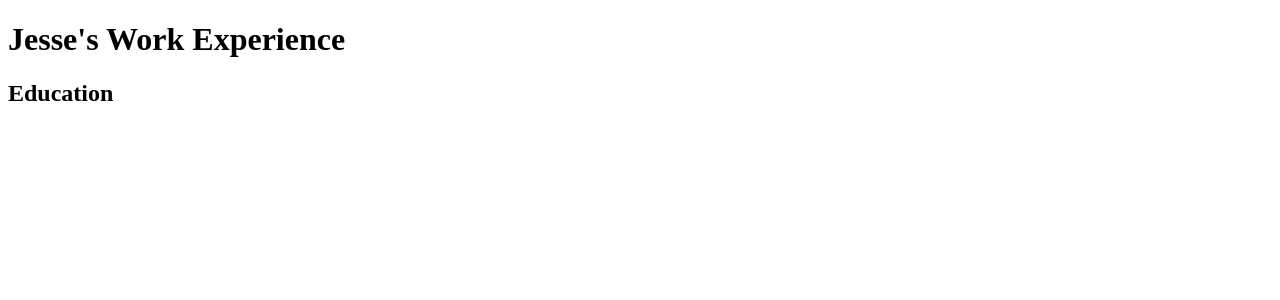
Repository: jgramirez0210/LAB-HTML-Resume
Page: index.html
The author's editor kept a copy of each file at every save. The page is drawn from the files as they stood at one save, then again after the next save.
The browser window is 1280 px wide. The pictures show the whole page.

Above is the page before, as saved 2023-10-09 21:10:10.

After the next save:
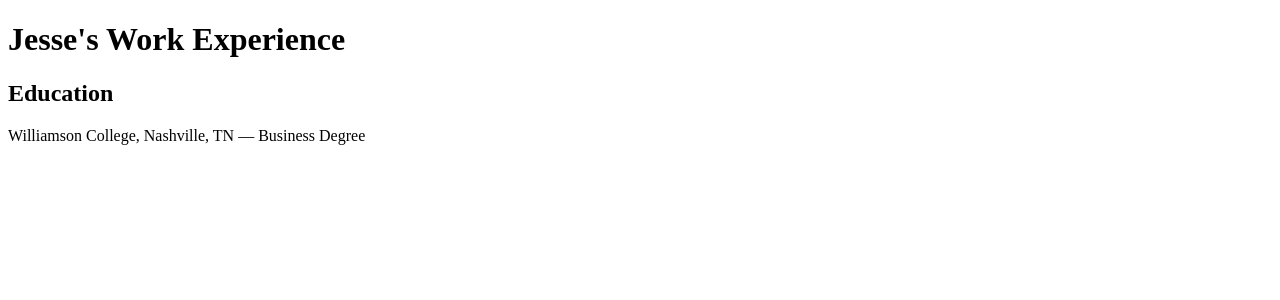
Saved 9 s later.
--- a/index.html
+++ b/index.html
@@ -8,6 +8,7 @@
 <body>
   <h1>Jesse's Work Experience </h1>
   <h2>Education</h2>
-  <article></article>
+  <article>Williamson College, Nashville, TN — Business Degree
+  </article>
 </body>
 </html>
